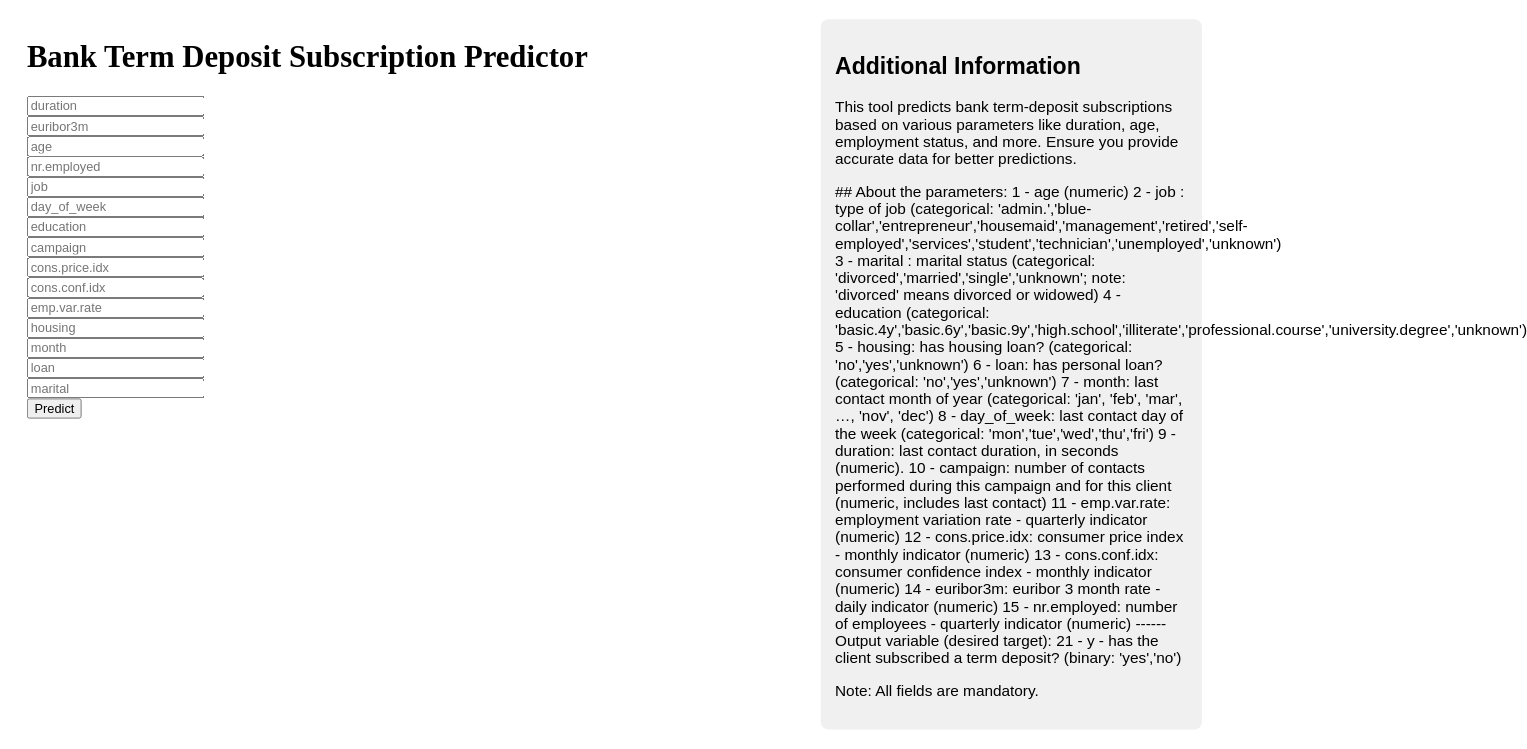
Repository: sameerhussain6/End-to-End-ML-Bank-term-Prediction
Page: templates/home.html
These files come from the project's save history. The page is drawn as it stood at one moment and after the next save; the edit follows.
The browser window is 1280 px wide. The page is 1591 px wide, so the pictures cover 1591 px, including what lies to the right of the window. The pictures show the whole page, at 96% of full size.
Some web fonts or font styles are not loaded; a fallback is used. The template is drawn by Flask 3. The application's start-up code is not run. The template is opened directly, without the code that normally fills it, so the values that code supplies are empty.

Above is the page before, as saved 2025-01-31 19:23:05.

After the next save:
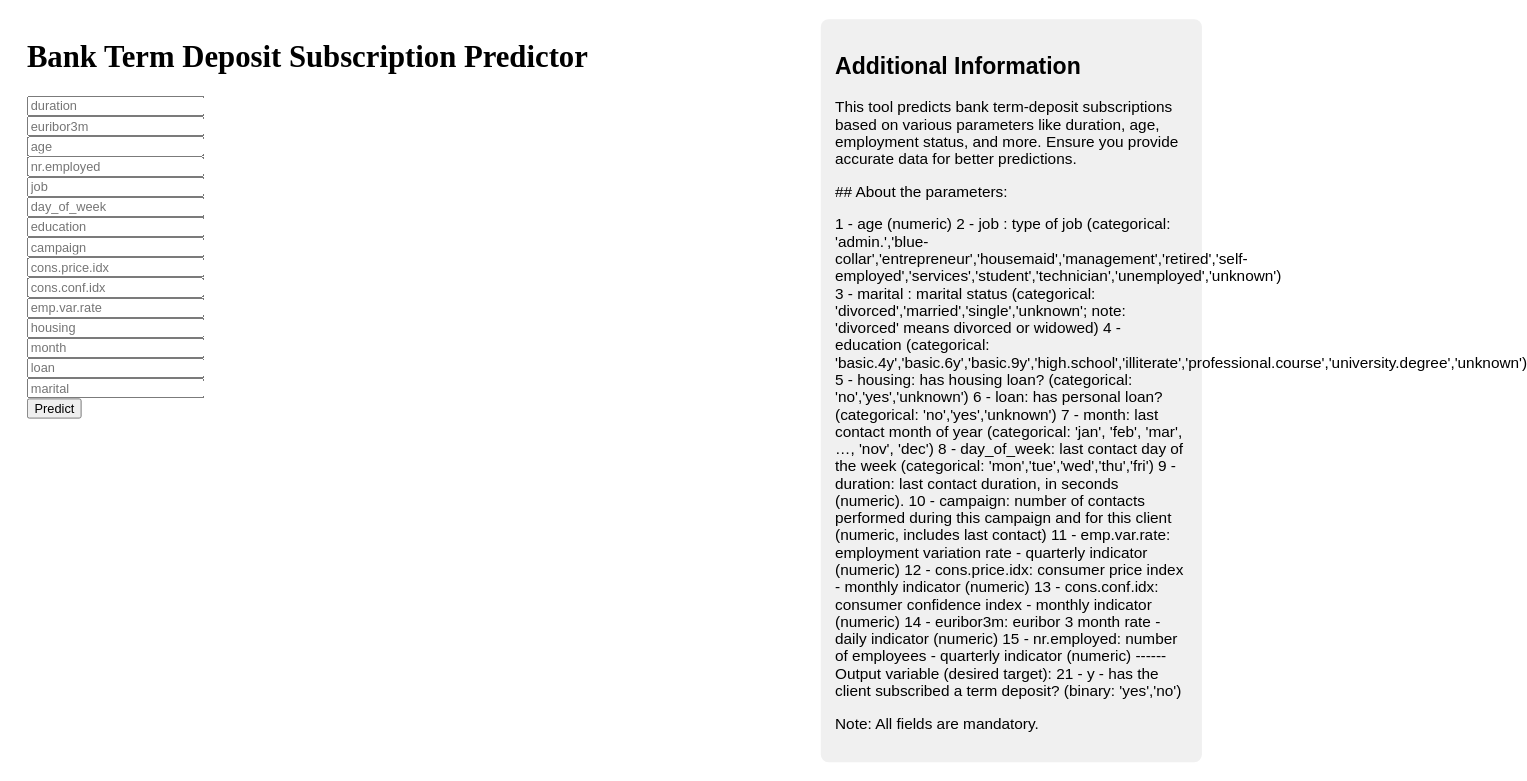
Saved 28 s later.
--- a/templates/home.html
+++ b/templates/home.html
@@ -60,7 +60,7 @@
       <h2>Additional Information</h2>
       <p>This tool predicts bank term-deposit subscriptions based on various parameters like duration, age, employment status,
         and more. Ensure you provide accurate data for better predictions.</p>
-      </p>## About the parameters:
+      </p>## About the parameters:</p>
         1 - age (numeric)
         2 - job : type of job (categorical: 'admin.','blue-collar','entrepreneur','housemaid','management','retired','self-employed','services','student','technician','unemployed','unknown')
         3 - marital : marital status (categorical: 'divorced','married','single','unknown'; note: 'divorced' means divorced or widowed)
